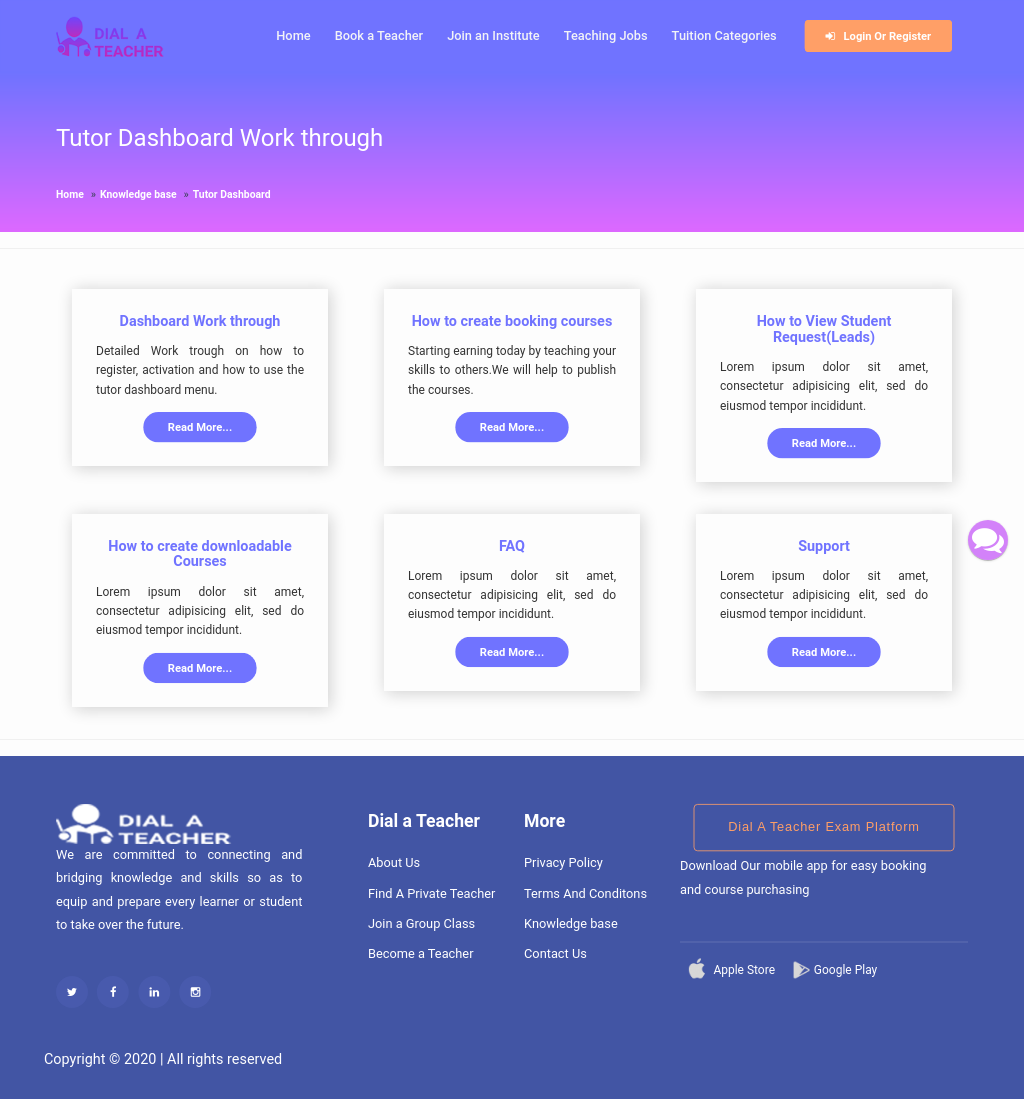
Repository: Samkiroko/DAT_knowledge
Page: knowledge_base/ttdashboard.html
The author's editor kept a copy of each file at every save. The page is drawn from the files as they stood at one save, then again after the next save.
The browser window is 1280 px wide. The pictures show the whole page, at 80% of full size.

Above is the page before, as saved 2020-12-17 10:04:13.
Console error: TypeError: e.indexOf is not a function

After the next save:
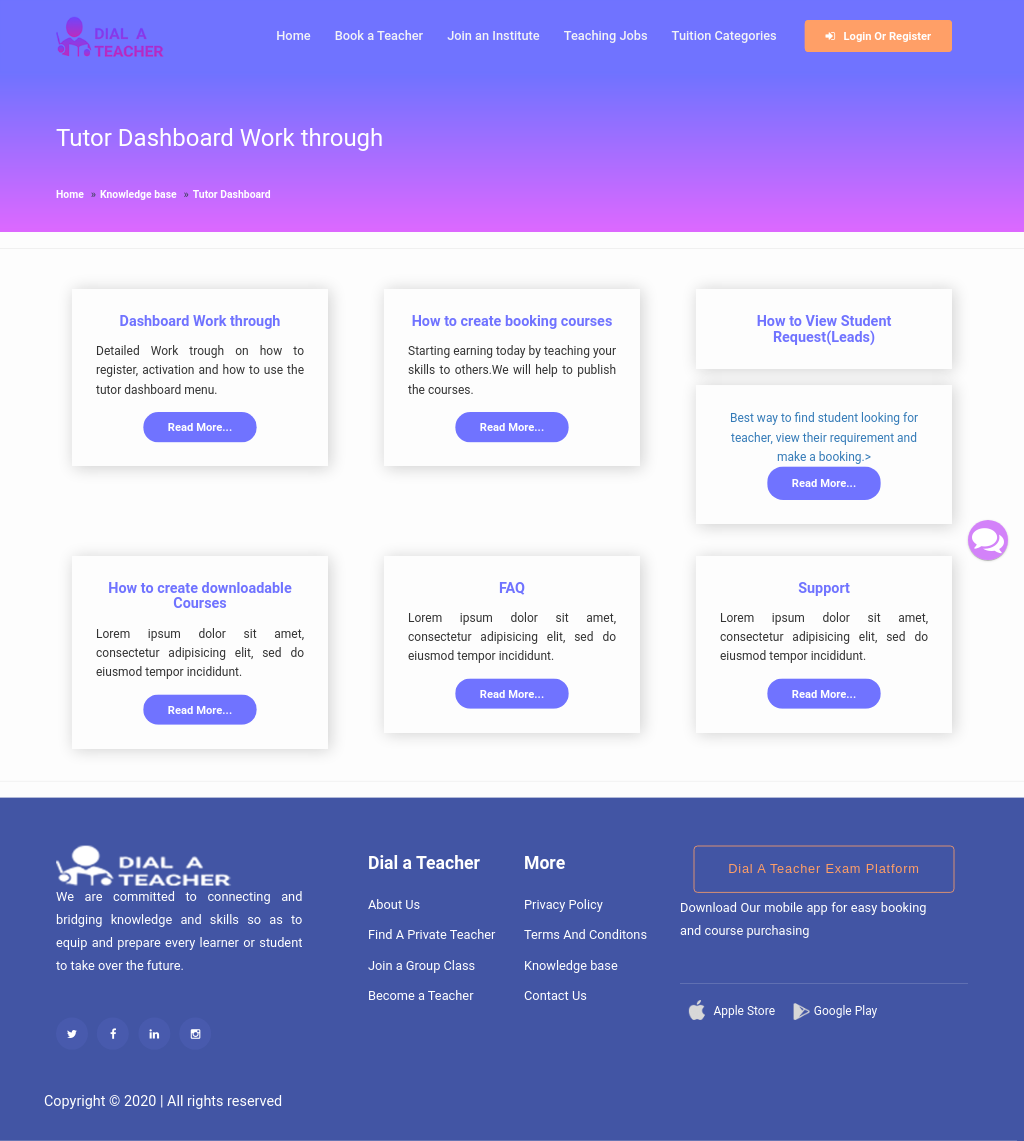
Saved 2 min 43 s later.
--- a/knowledge_base/ttdashboard.html
+++ b/knowledge_base/ttdashboard.html
@@ -150,10 +150,9 @@
           <div class="col-lg-4 col-md-4 col-sm-6 col-xs-12">
             <a href="category.html" class="mwb-documentation-section__lists overflow" data-aos="flip-up">
               <h3>How to View Student Request(Leads)</h3>
-              <p>Lorem ipsum dolor sit amet, consectetur adipisicing elit, sed do eiusmod tempor
-                incididunt.</p>
-              <button type="button" class="mwb-primary-btn mwb-documentation-section__btn">Read
-                more...</button>
+              <p>Best way to find student looking for teacher, view their requirement and make a booking.>
+                <button type="button" class="mwb-primary-btn mwb-documentation-section__btn">Read
+                  more...</button>
             </a>
           </div>
           <div class="col-lg-4 col-md-4 col-sm-6 col-xs-12">

After the save that followed:
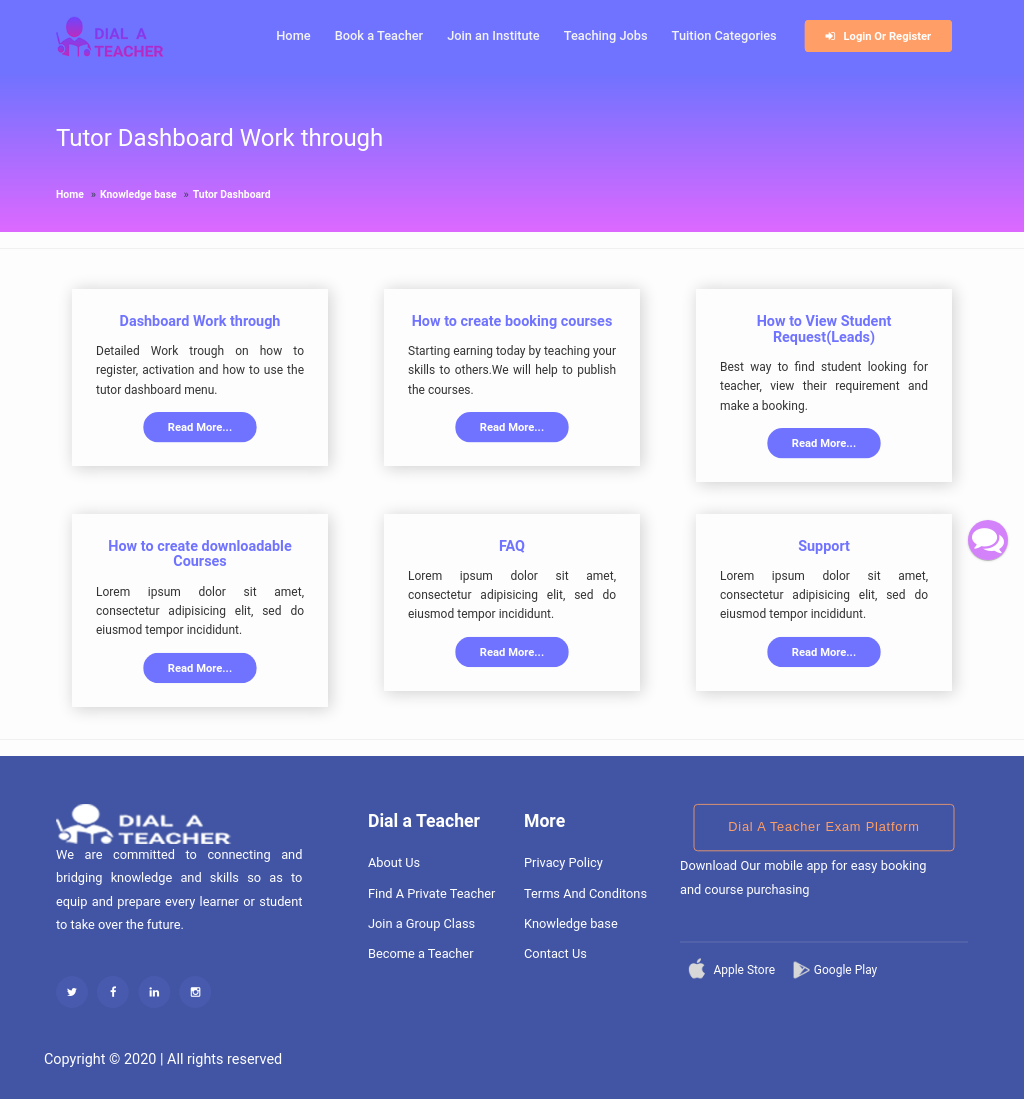
Saved 24 s later.
--- a/knowledge_base/ttdashboard.html
+++ b/knowledge_base/ttdashboard.html
@@ -150,9 +150,9 @@
           <div class="col-lg-4 col-md-4 col-sm-6 col-xs-12">
             <a href="category.html" class="mwb-documentation-section__lists overflow" data-aos="flip-up">
               <h3>How to View Student Request(Leads)</h3>
-              <p>Best way to find student looking for teacher, view their requirement and make a booking.>
-                <button type="button" class="mwb-primary-btn mwb-documentation-section__btn">Read
-                  more...</button>
+              <p>Best way to find student looking for teacher, view their requirement and make a booking.</p>
+              <button type="button" class="mwb-primary-btn mwb-documentation-section__btn">Read
+                more...</button>
             </a>
           </div>
           <div class="col-lg-4 col-md-4 col-sm-6 col-xs-12">
